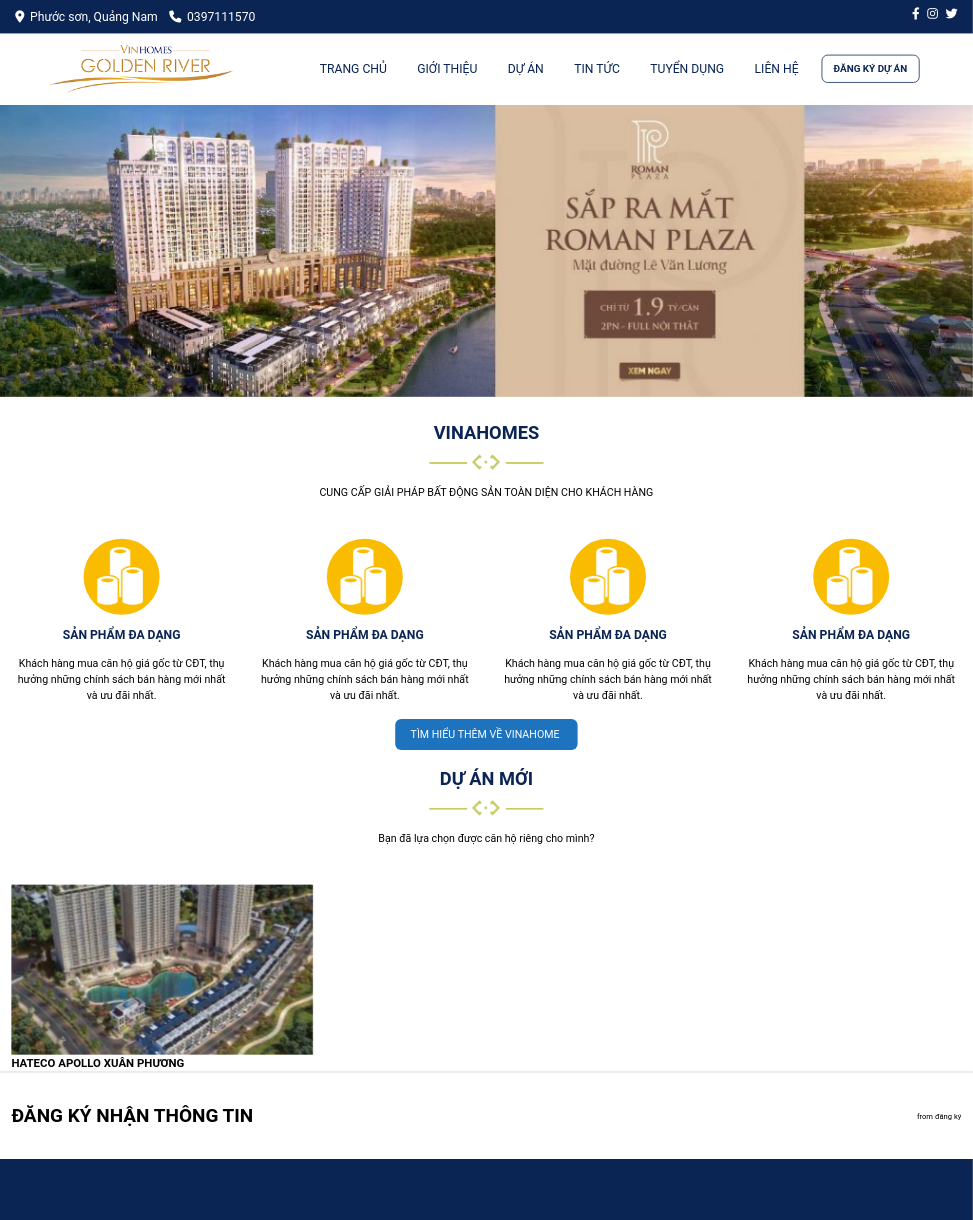
Repository: phamphuc2/fontend-bds
Page: index.html
An editor plug-in stored every save of this project. The page is shown before and after the next save, followed by the edit.
The browser window is 1280 px wide. The pictures show the part of the page from y = 0 to 1605 px (the page is 2069 px tall before and 2088 px after), at 76% of full size.
A picture or video elsewhere on the page could not be fetched, so the positions and the page height are approximate. Some web libraries are served in a nearby version.

Above is the page before, as saved 2022-06-08 15:49:38.

After the next save:
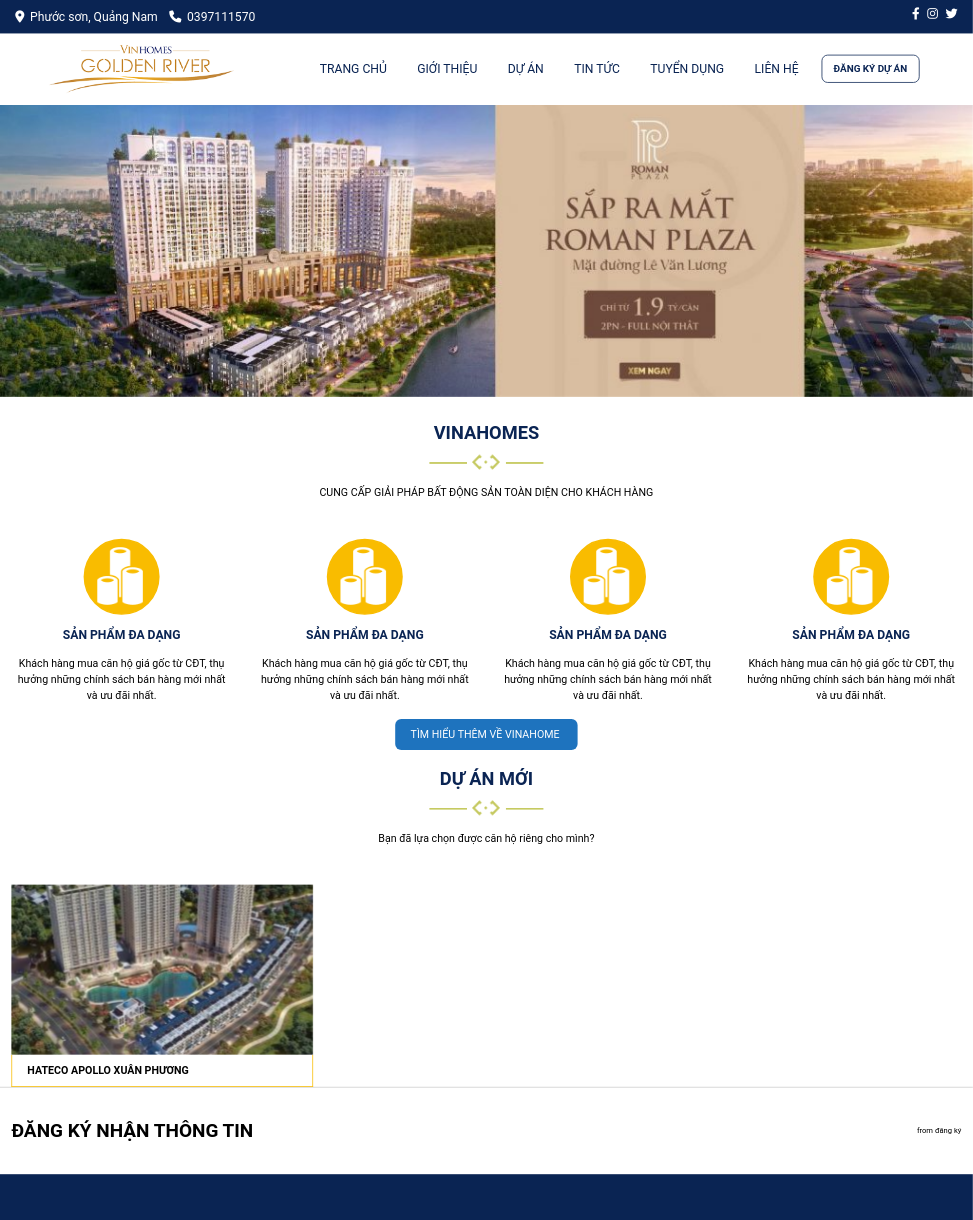
Saved 22 s later.
--- a/assets/css/theme.css
+++ b/assets/css/theme.css
@@ -291,13 +291,13 @@
 
 }
 
-.project-item-content{
+.project .item-content{
     padding: 10px 20px;
     border: 1px solid var(--yellow-copper);
     border-top: 0;
 }
 
-.project-item-content .title{
+.project .item-content .title{
     font-size: 1.4rem;
 }
 /* end section project */
